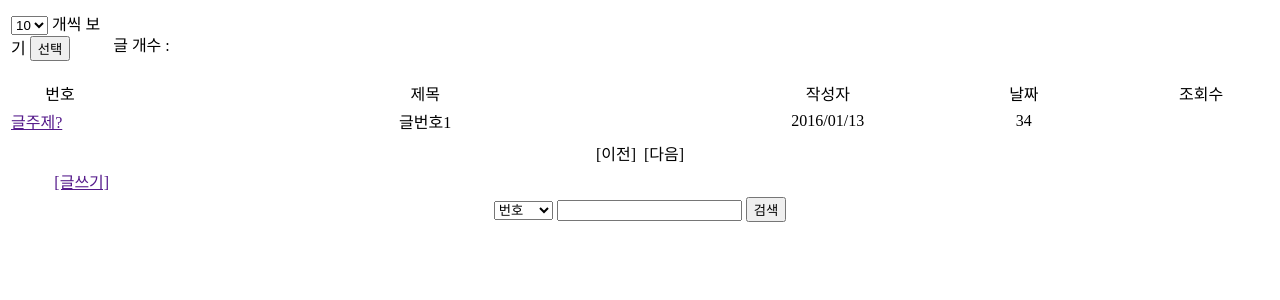
Repository: ekgus419/hckj
Page: http://localhost/Railro/WEB-INF/views/railro/railroList.jsp
An editor plug-in stored every save of this project. The page is shown before and after the next save, followed by the edit.
The browser window is 1280 px wide. The pictures show the whole page.
The page is served by Tomcat 9. Nobody is signed in. Other server files are loaded and not shown. The template is opened directly, without the code that normally fills it, so the values that code supplies are empty.

Above is the page before, as saved 2016-08-18 07:41:18.

### Railro/src/main/webapp/WEB-INF/views/railro/railroList.jsp
<%@ page language="java" pageEncoding="UTF-8" trimDirectiveWhitespaces="true"%>

<div class="content">
	<table class="board_list">
		<tr class="board_header">
			<td id="board_list_limit">
				<form action="" method="get">
					<select name="limit">
						<option value="5">5</option>
						<option value="10" selected="selected">10</option>
						<option value="15">15</option>
						<option value="20">20</option>
					</select>
					개씩 보기
					<input class="submit" type="submit" value="선택"/>
				</form>
			</td>
			<td id="board_list_num">
			글 개수 :
			</td>
		</tr>
		<tr class="board_list_col" align="center" valign="middle">
			<td width="8%" height="26">
				<div align="center">번호</div>
			</td>
			<td width="50%">
				<div align="center">제목</div>
			</td>
			<td width="14%">
				<div align="center">작성자</div>
			</td>
			<td width="17%">
				<div align="center">날짜</div>
			</td>
			<td width="11%">
				<div align="center">조회수</div>
			</td>
		</tr>
		<tr class="board_list_contents" align="center" valign="middle"
			onmouseover="this.style.backgroundColor='#E8E8E8'"
			onmouseout="this.style.backgroundColor=''">
			<td>
				<div align="left">
				<a href="">
					글주제?
				</a>
				</div>
			</td>

			<td>
				<div align="center">글번호1</div>
			</td>
			<td>
				<div align="center">2016/01/13</div>
			</td>
			<td>
				<div align="center">34</div>
			</td>
		</tr>
		<tr>
		<td><div class="white_space"></div></td>
		</tr>
		<tr align=center>
			<td colspan=7>
				[이전]&nbsp;
				[다음]
			</td>
		</tr>
		<tr align="left">
			<td align="right">
		   		<a href="">[글쓰기]</a>
			</td>
		</tr>
		<tr align="center">
			<td colspan="5">
				<form action="" method="get">
					<select name="keyField">
						<option value="BOARD_NUM">번호</option>
						<option value="BOARD_ID">작성자</option>
						<option value="BOARD_SUBJECT">제목</option>
					</select>
					<input type="text" name="keyWord"/>
					<input class="submit" type="submit" value="검색"/>
				</form>
			</td>
		</tr>
	</table>
</div>

After the next save:
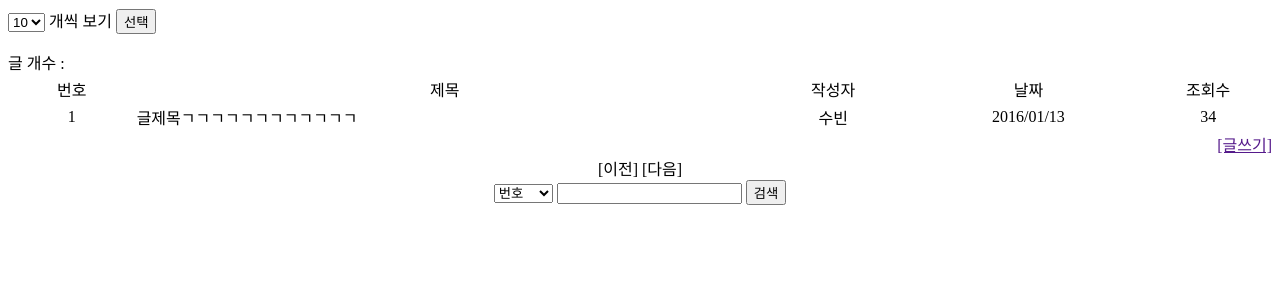
Saved 104 s later.
--- a/Railro/src/main/webapp/WEB-INF/views/railro/railroList.jsp
+++ b/Railro/src/main/webapp/WEB-INF/views/railro/railroList.jsp
@@ -1,54 +1,50 @@
 <%@ page language="java" pageEncoding="UTF-8" trimDirectiveWhitespaces="true"%>
 
 <div class="content">
-	<table class="board_list">
-		<tr class="board_header">
-			<td id="board_list_limit">
-				<form action="" method="get">
-					<select name="limit">
-						<option value="5">5</option>
-						<option value="10" selected="selected">10</option>
-						<option value="15">15</option>
-						<option value="20">20</option>
-					</select>
-					개씩 보기
-					<input class="submit" type="submit" value="선택"/>
-				</form>
-			</td>
-			<td id="board_list_num">
-			글 개수 :
-			</td>
-		</tr>
-		<tr class="board_list_col" align="center" valign="middle">
-			<td width="8%" height="26">
+	<div class="setting">
+		<div class="limit_setting">
+			<form action="" method="get">
+				<select name="limit">
+					<option value="5">5</option>
+					<option value="10" selected="selected">10</option>
+					<option value="15">15</option>
+					<option value="20">20</option>
+				</select>
+				개씩 보기
+				<input class="submit" type="submit" value="선택"/>
+			</form>
+		</div>
+		<span>글 개수 :</span>
+	</div>
+	<table class="list" width="100%">
+		<tr class="list_col" align="center" valign="middle">
+			<td width="8%">
 				<div align="center">번호</div>
 			</td>
-			<td width="50%">
+			<td width="40%">
 				<div align="center">제목</div>
 			</td>
-			<td width="14%">
+			<td width="10%">
 				<div align="center">작성자</div>
 			</td>
-			<td width="17%">
+			<td width="15%">
 				<div align="center">날짜</div>
 			</td>
-			<td width="11%">
+			<td width="8%">
 				<div align="center">조회수</div>
 			</td>
 		</tr>
-		<tr class="board_list_contents" align="center" valign="middle"
+		<tr class="list_contents" align="center" valign="middle"
 			onmouseover="this.style.backgroundColor='#E8E8E8'"
 			onmouseout="this.style.backgroundColor=''">
 			<td>
-				<div align="left">
-				<a href="">
-					글주제?
-				</a>
-				</div>
+				<div align="center">1</div>
 			</td>
-
 			<td>
-				<div align="center">글번호1</div>
+				<div align="left">글제목ㄱㄱㄱㄱㄱㄱㄱㄱㄱㄱㄱㄱ</div>
+			</td>
+			<td>
+				<div align="center">수빈</div>
 			</td>
 			<td>
 				<div align="center">2016/01/13</div>
@@ -57,32 +53,22 @@
 				<div align="center">34</div>
 			</td>
 		</tr>
-		<tr>
-		<td><div class="white_space"></div></td>
-		</tr>
-		<tr align=center>
-			<td colspan=7>
-				[이전]&nbsp;
-				[다음]
-			</td>
-		</tr>
-		<tr align="left">
-			<td align="right">
-		   		<a href="">[글쓰기]</a>
-			</td>
-		</tr>
-		<tr align="center">
-			<td colspan="5">
-				<form action="" method="get">
-					<select name="keyField">
-						<option value="BOARD_NUM">번호</option>
-						<option value="BOARD_ID">작성자</option>
-						<option value="BOARD_SUBJECT">제목</option>
-					</select>
-					<input type="text" name="keyWord"/>
-					<input class="submit" type="submit" value="검색"/>
-				</form>
-			</td>
-		</tr>
 	</table>
+	<div class="register_btn" align="right">
+		<a href="">[글쓰기]</a>
+	</div>
+	<div class="paging" align="center">
+	[이전]&nbsp;[다음]
+	</div>
+	<div class="search" align="center">
+		<form action="" method="get">
+			<select name="keyField">
+				<option value="BOARD_NUM">번호</option>
+				<option value="BOARD_ID">작성자</option>
+				<option value="BOARD_SUBJECT">제목</option>
+			</select>
+			<input type="text" name="keyWord"/>
+			<input class="submit" type="submit" value="검색"/>
+		</form>
+	</div>
 </div>
